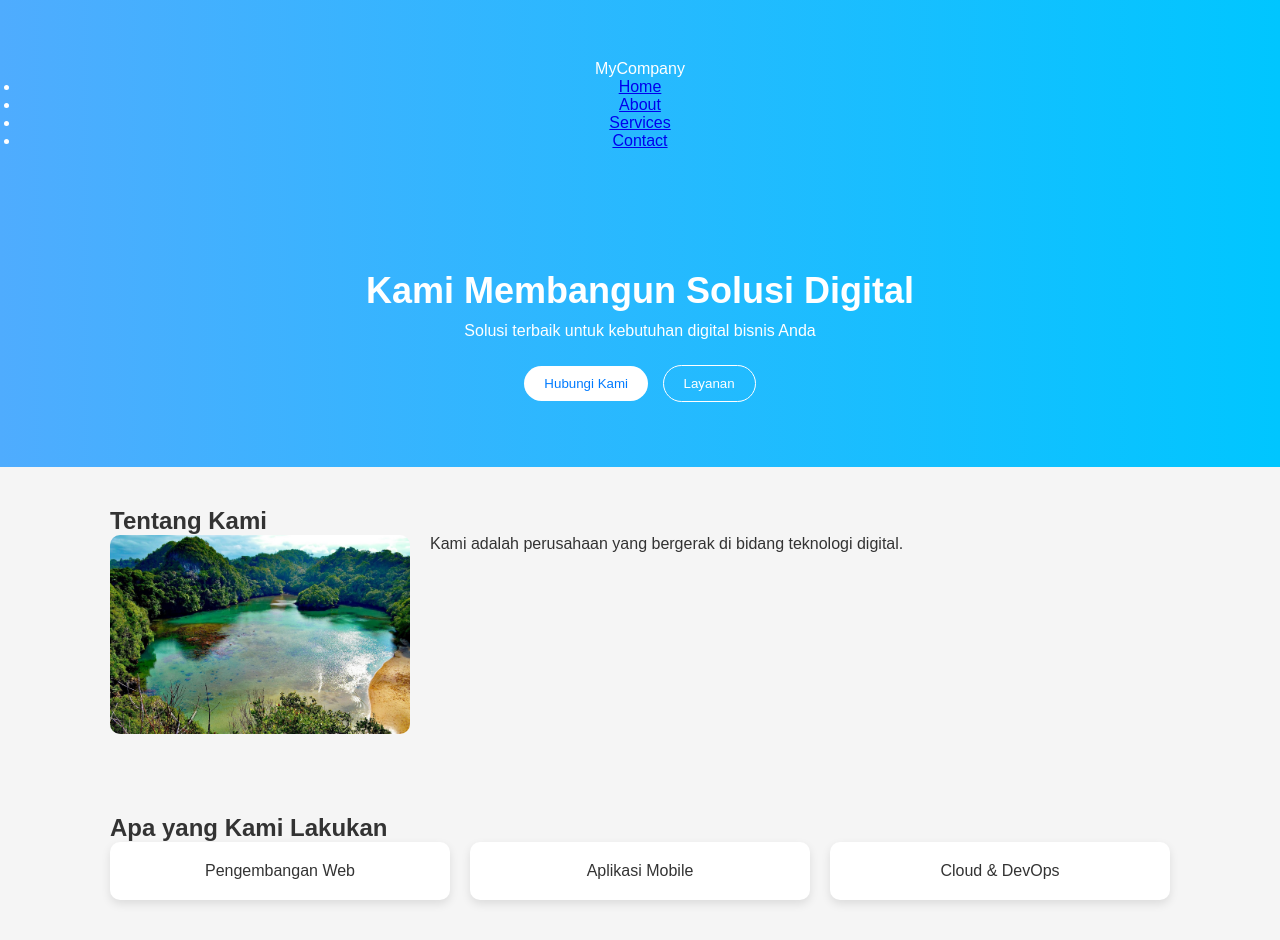
Repository: rufi1126/241552010002-Web-Application-Development
Page: utss/index.html
The author's editor kept a copy of each file at every save. The page is drawn from the files as they stood at one save, then again after the next save.
The browser window is 1280 px wide. The pictures show the whole page.

Above is the page before, as saved 2026-05-08 01:57:18.

### utss/index.html
<html lang="id">
<head>
  <meta charset="UTF-8">
  <meta name="viewport" content="width=device-width, initial-scale=1.0">
  <title>TerkiniTech</title>
  <link rel="stylesheet" href="style.css">
</head>
<body>
    <header>
    <div class="logo">MyCompany</div>
    <nav>
        <ul>
            <li><a href="#home">Home</a></li>
            <li><a href="#about">About</a></li>
            <li><a href="#services">Services</a></li>
            <li><a href="#contact">Contact</a></li>
        </ul>
    </nav>
</header>

<header>
  <h1>Kami Membangun Solusi Digital</h1>
  <p>Solusi terbaik untuk kebutuhan digital bisnis Anda</p>
  <button class="btn btn-primary">Hubungi Kami</button>
  <button class="btn btn-secondary">Layanan</button>
</header>

<section>
  <h2>Tentang Kami</h2>
  <div class="about">
    <img src="images/alam.jpg" alt="about">
    <p>Kami adalah perusahaan yang bergerak di bidang teknologi digital.</p>
  </div>
</section>

<section>
  <h2>Apa yang Kami Lakukan</h2>
  <div class="services">
    <div class="card">Pengembangan Web</div>
    <div class="card">Aplikasi Mobile</div>
    <div class="card">Cloud & DevOps</div>
  </div>
</section>

</body>

### utss/style.css
* {
  margin: 0;
  padding: 0;
  box-sizing: border-box;
  font-family: Arial;
}

body {
  background: #f5f5f5;
  color: #333;
}

header {
  background: linear-gradient(to right, #4facfe, #00c6ff);
  color: white;
  padding: 60px 20px;
  text-align: center;
}

header h1 {
  font-size: 36px;
  margin-bottom: 10px;
}

header p {
  margin-bottom: 20px;
}

.btn {
  padding: 10px 20px;
  border: none;
  border-radius: 20px;
  margin: 5px;
  cursor: pointer;
}

.btn-primary {
  background: white;
  color: #007BFF;
}

.btn-secondary {
  background: transparent;
  border: 1px solid white;
  color: white;
}

section {
  padding: 40px 20px;
  max-width: 1100px;
  margin: auto;
}

.about {
  display: flex;
  gap: 20px;
  flex-wrap: wrap;
}

.about img {
  width: 300px;
  border-radius: 10px;
}

.services {
  display: grid;
  grid-template-columns: repeat(auto-fit, minmax(200px, 1fr));
  gap: 20px;
}

.card {
  background: white;
  padding: 20px;
  border-radius: 10px;
  text-align: center;
  box-shadow: 0 4px 10px rgba(0,0,0,0.1);
}

After the next save:
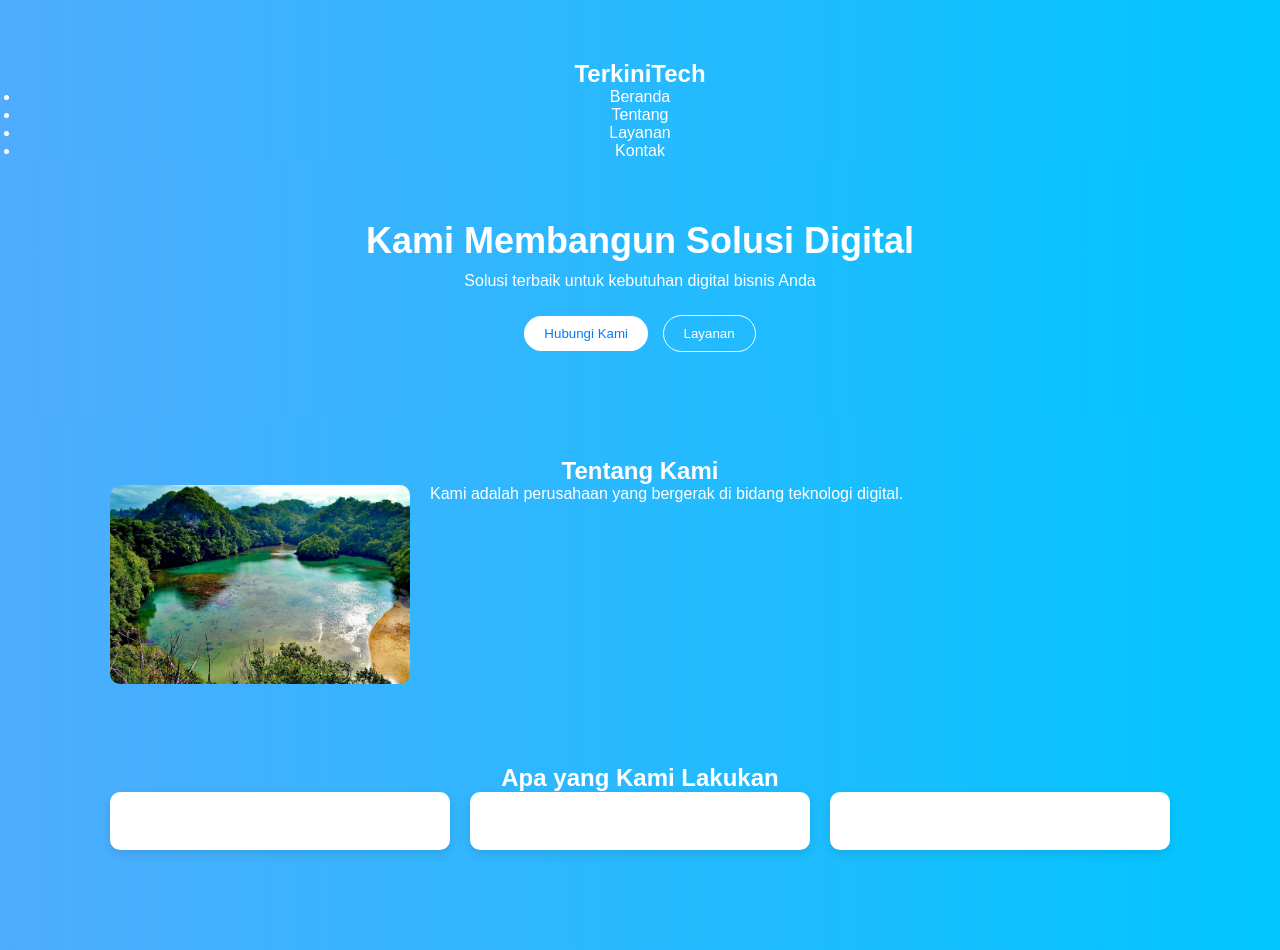
Saved 2 min 40 s later.
--- a/utss/index.html
+++ b/utss/index.html
@@ -1,3 +1,4 @@
+<!DOCTYPE html>
 <html lang="id">
 <head>
   <meta charset="UTF-8">
@@ -6,18 +7,18 @@
   <link rel="stylesheet" href="style.css">
 </head>
 <body>
-    <header>
-    <div class="logo">MyCompany</div>
-    <nav>
-        <ul>
-            <li><a href="#home">Home</a></li>
-            <li><a href="#about">About</a></li>
-            <li><a href="#services">Services</a></li>
-            <li><a href="#contact">Contact</a></li>
-        </ul>
-    </nav>
-</header>
 
+<!-- HERO -->
+<header class="hero">
+  <nav class="navbar">
+    <h2 class="logo">TerkiniTech</h2>
+    <ul>
+      <li>Beranda</li>
+      <li>Tentang</li>
+      <li>Layanan</li>
+      <li>Kontak</li>
+    </ul>
+  </nav>
 <header>
   <h1>Kami Membangun Solusi Digital</h1>
   <p>Solusi terbaik untuk kebutuhan digital bisnis Anda</p>

After the save that followed:
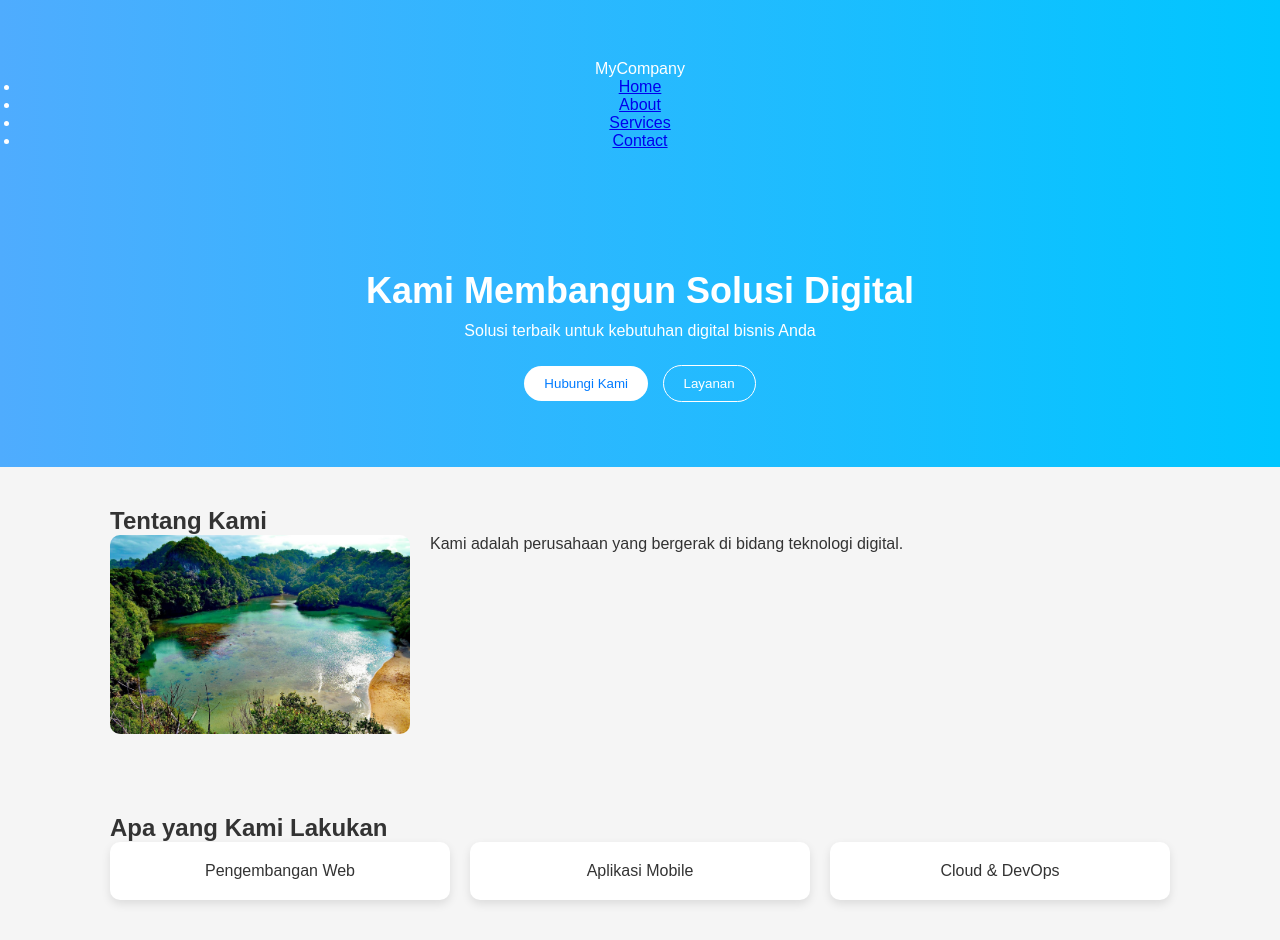
Saved 6 s later.
--- a/utss/index.html
+++ b/utss/index.html
@@ -1,4 +1,3 @@
-<!DOCTYPE html>
 <html lang="id">
 <head>
   <meta charset="UTF-8">
@@ -7,18 +6,18 @@
   <link rel="stylesheet" href="style.css">
 </head>
 <body>
+    <header>
+    <div class="logo">MyCompany</div>
+    <nav>
+        <ul>
+            <li><a href="#home">Home</a></li>
+            <li><a href="#about">About</a></li>
+            <li><a href="#services">Services</a></li>
+            <li><a href="#contact">Contact</a></li>
+        </ul>
+    </nav>
+</header>
 
-<!-- HERO -->
-<header class="hero">
-  <nav class="navbar">
-    <h2 class="logo">TerkiniTech</h2>
-    <ul>
-      <li>Beranda</li>
-      <li>Tentang</li>
-      <li>Layanan</li>
-      <li>Kontak</li>
-    </ul>
-  </nav>
 <header>
   <h1>Kami Membangun Solusi Digital</h1>
   <p>Solusi terbaik untuk kebutuhan digital bisnis Anda</p>
